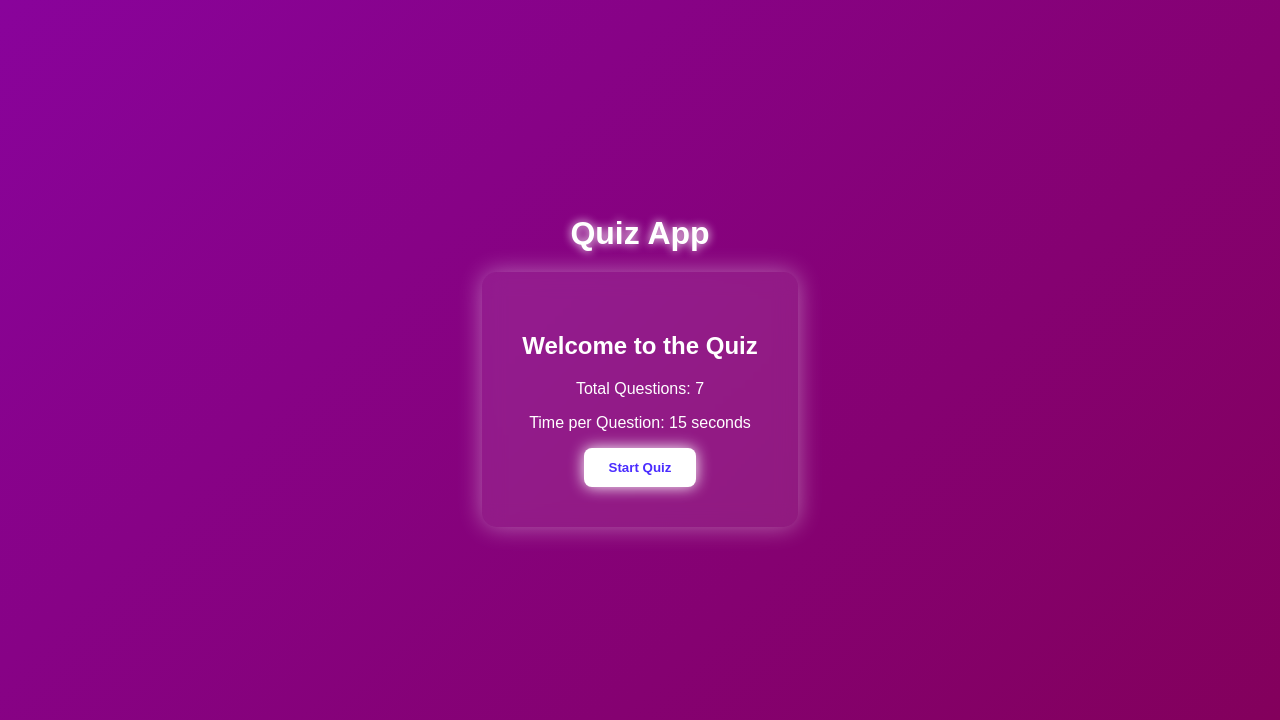
Repository: fatimaqueen9967-eng/SyntacexhubQuizApp
Page: index.html
The author's editor kept a copy of each file at every save. The page is drawn from the files as they stood at one save, then again after the next save.
The browser window is 1280 px wide. The pictures show the whole page.

Above is the page before, as saved 2026-03-15 20:32:06.

After the next save:
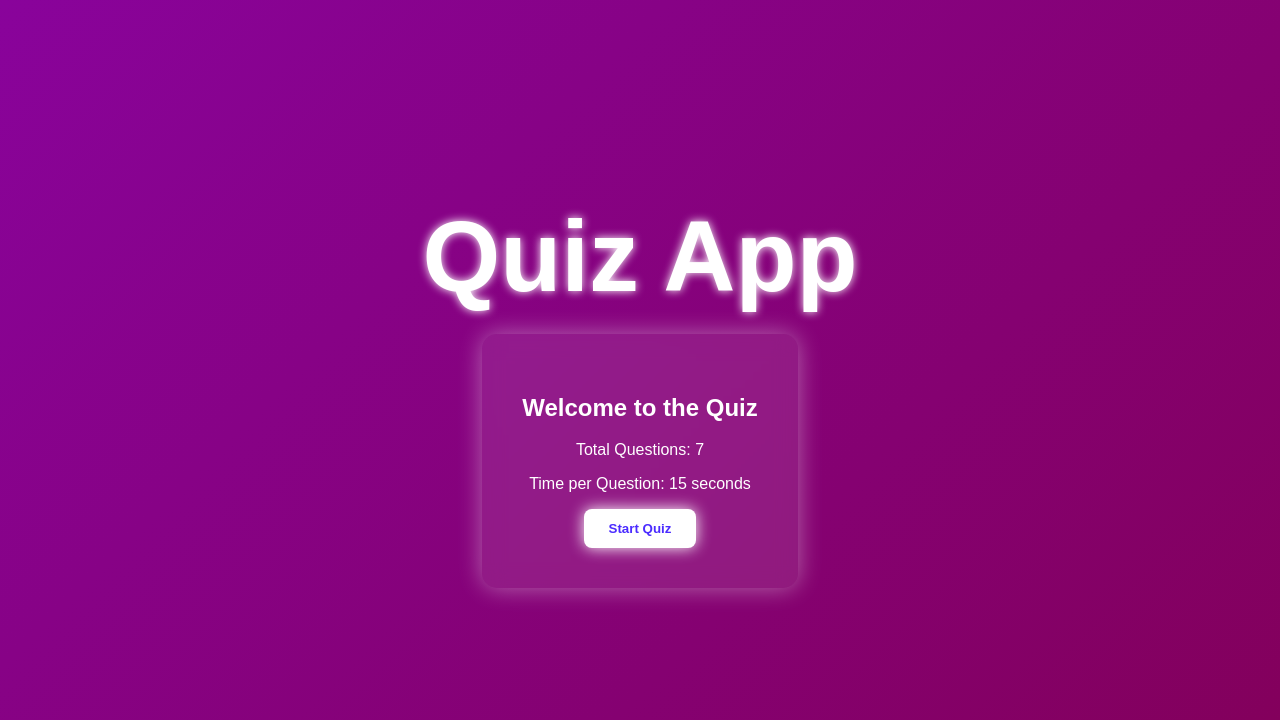
Saved 4 s later.
--- a/style.css
+++ b/style.css
@@ -15,7 +15,7 @@ color:white;
 .title{
 margin-bottom:20px;
 text-shadow:0 0 10px white;
-font-size: ;
+font-size: 100px;
 }
 
 
